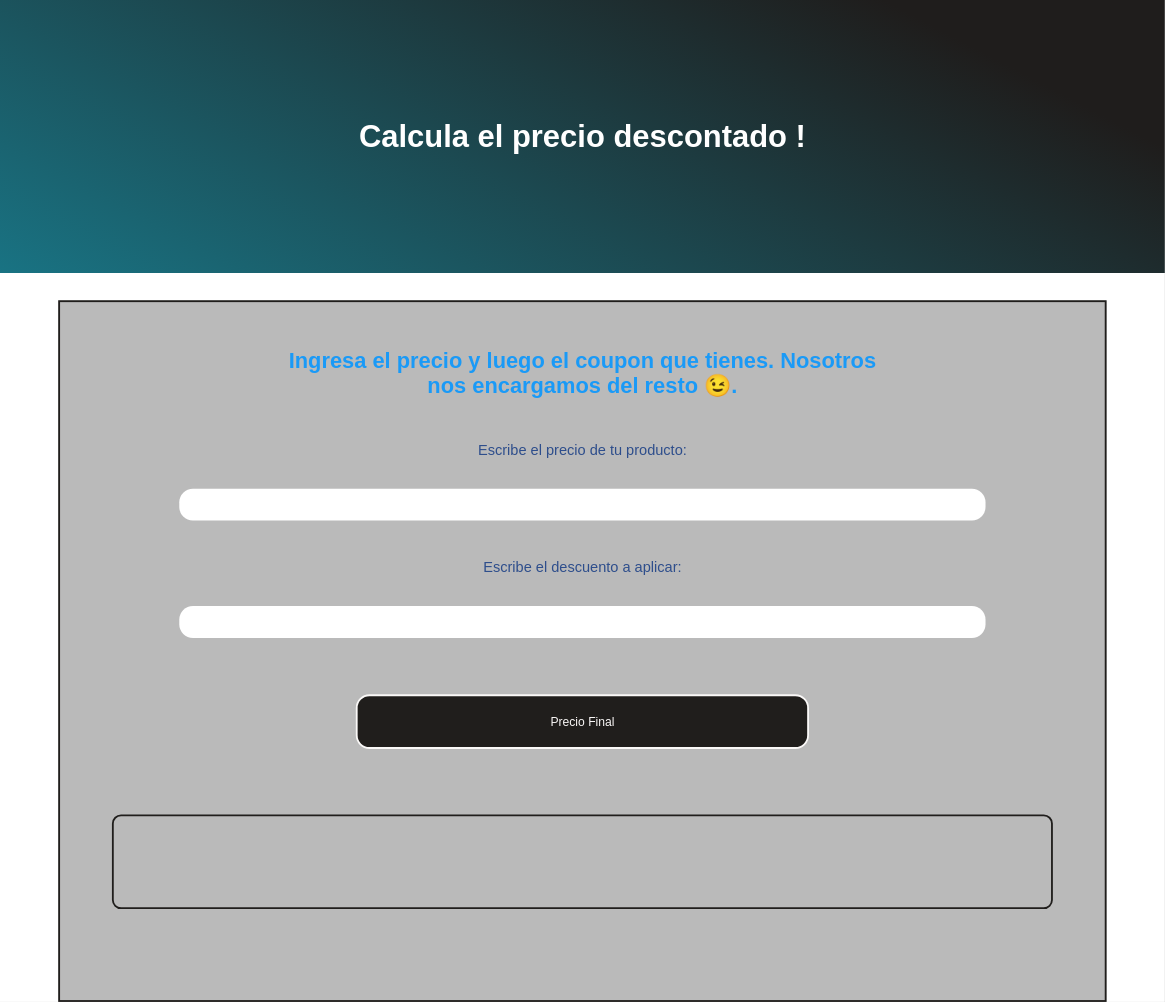
Repository: ChristianGecchelin/javascript-project
Page: javascript-project/descuentos y porcentajes/descuentos.html
These files come from the project's save history. The page is drawn as it stood at one moment and after the next save; the edit follows.
The browser window is 1280 px wide. The pictures show the whole page, at 91% of full size.

Above is the page before, as saved 2021-12-05 18:41:59.

After the next save:
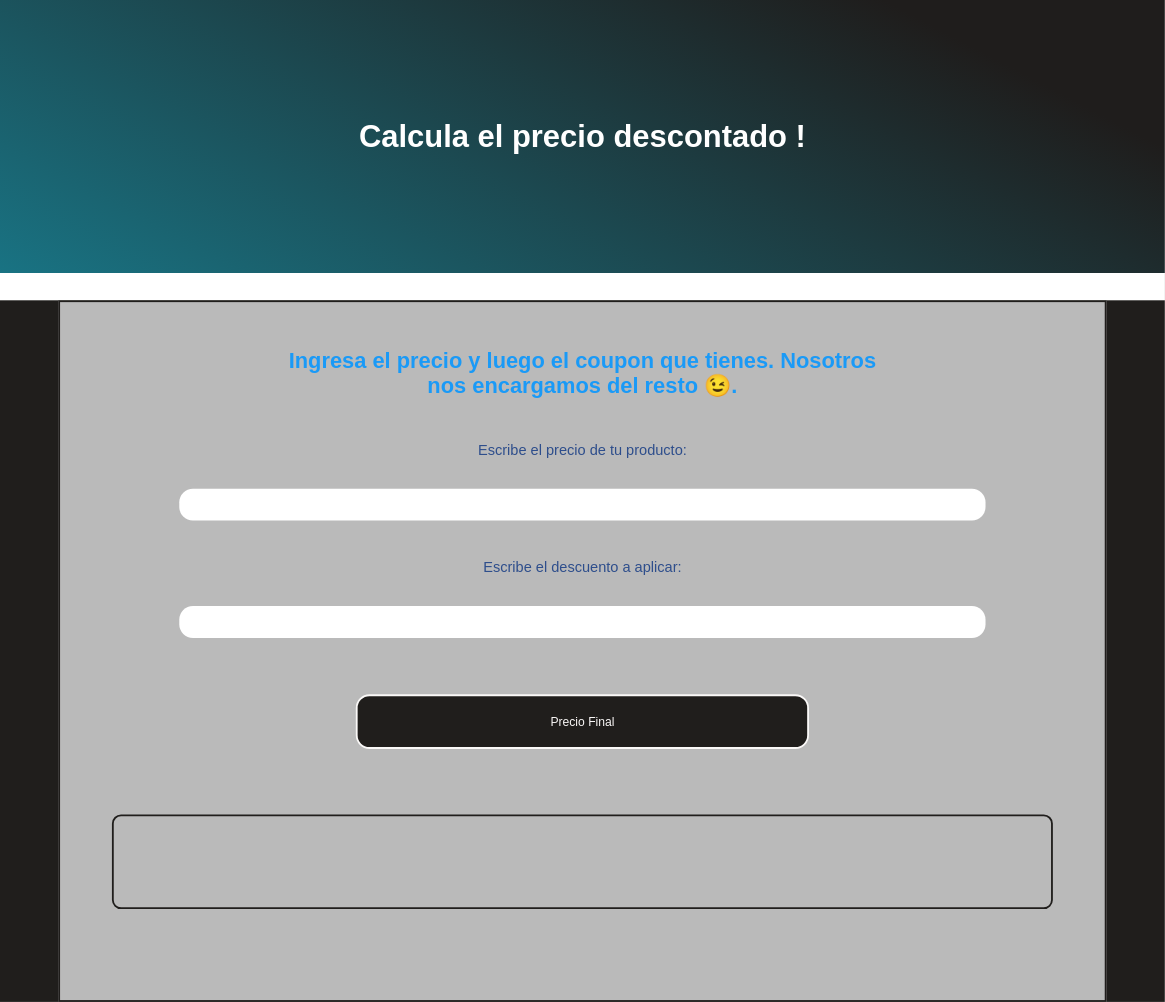
Saved 5 s later.
--- a/javascript-project/descuentos y porcentajes/style.css
+++ b/javascript-project/descuentos y porcentajes/style.css
@@ -46,9 +46,8 @@ header .header--title-container h1 {
   line-height: 3.6rem;
   color: var(--just-white);
 }
-main{
-    background-color:{var(--warm-black)
-    }
+main {
+  background-color: var(--warm-black);
 }
 .title-container {
   width: 90%;
